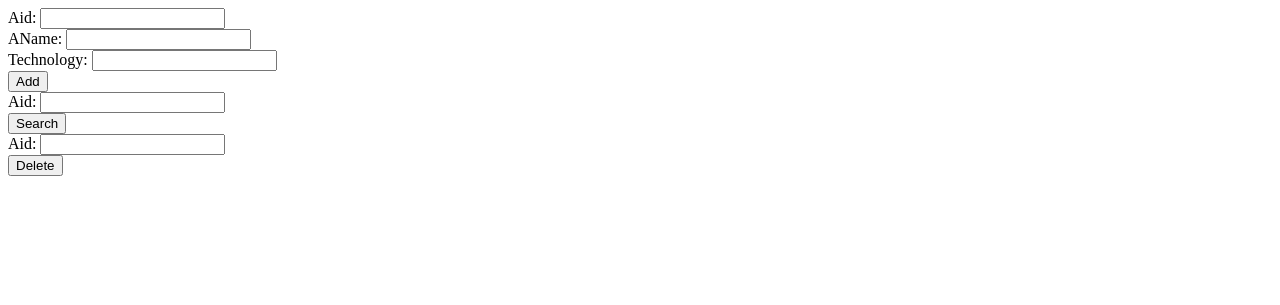
Repository: kjavvaji/SpringBoot
Page: http://localhost/SpringBootJPA2/home.jsp
An editor plug-in stored every save of this project. The page is shown before and after the next save, followed by the edit.
The browser window is 1280 px wide. The pictures show the whole page.
The page is served by Tomcat 9.

Above is the page before, as saved 2019-08-23 13:37:35.

After the next save:
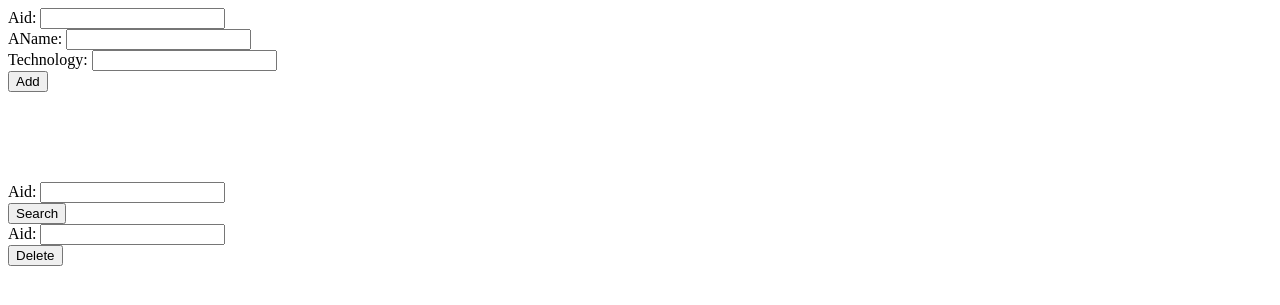
Saved 34 s later.
--- a/SpringBootJPA2/src/main/webapp/home.jsp
+++ b/SpringBootJPA2/src/main/webapp/home.jsp
@@ -13,7 +13,7 @@
 					  Technology:	 <input type="text" name ="tech"><br>
 				<input type="submit" value="Add">
 		</form>
-
+		<br><br><br><br><br>
 		<form action="getAlien">
 
 				      Aid:  <input type ="text" name ="aid"><br>
